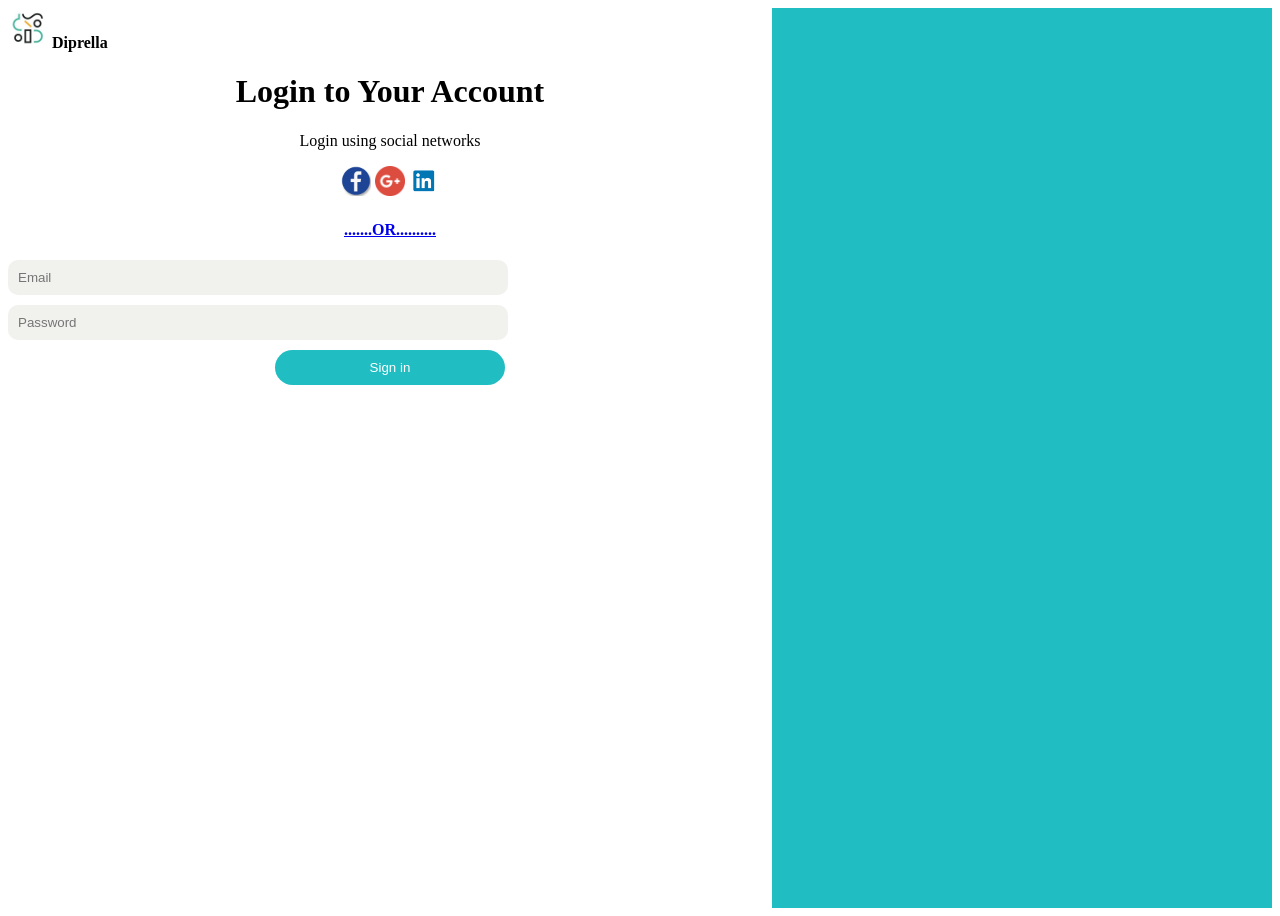
Repository: Tobby004/bdc-assignment-3
Page: task.html
These files come from the project's save history. The page is drawn as it stood at one moment and after the next save; the edit follows.
The browser window is 1280 px wide. The pictures show the whole page.

Above is the page before, as saved 2023-02-22 00:48:22.

After the next save:
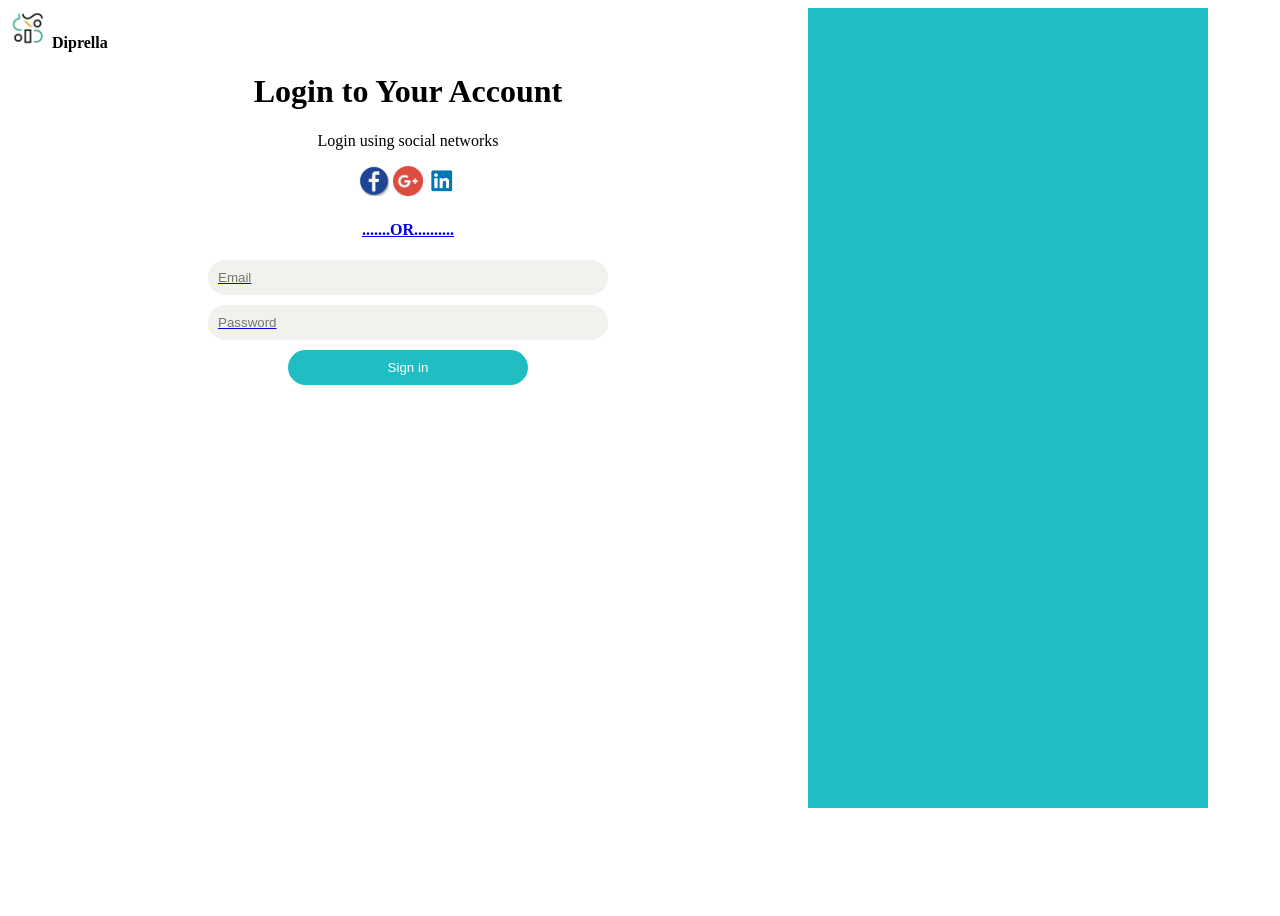
Saved 25 min 16 s later.
--- a/task.css
+++ b/task.css
@@ -11,8 +11,8 @@
 }
 .box2{
     background-color: #20bdc2;
-    height: 900px;
-    width: 500px;
+    height: 800px;
+    width: 400px;
 }
 h1 {
     text-align: center;
@@ -34,29 +34,22 @@ div .logo {
 h4 {
     text-align: center;
 }
-.box1 input {
-max-width: 500px;
-width: 80%;
-margin-left: auto;
-margin-right: auto;
-}
+
 input  {
+    display: flex;
   background-color: rgb(241, 241, 238);
-   border: none;
-   margin-bottom: 10px;
-   border-radius: 10px;
-   border-bottom: 10px;
-   padding: 10px;
-   margin-left: auto;
-   margin-right: auto;
-   width: 100%
-
+  max-width: 800px;
+  width: 50%;
+  padding: 10px;
+  border: none;
+  margin-bottom: 10px;
+  border-radius: 20px;
+  margin-left: auto;
+  margin-right: auto;
 }
  button {
     width: 30%;
     border-radius: 30px;
-    margin-left: auto;
-    margin-right: auto;
     border: none;
     padding: 10px;
     color: white;
